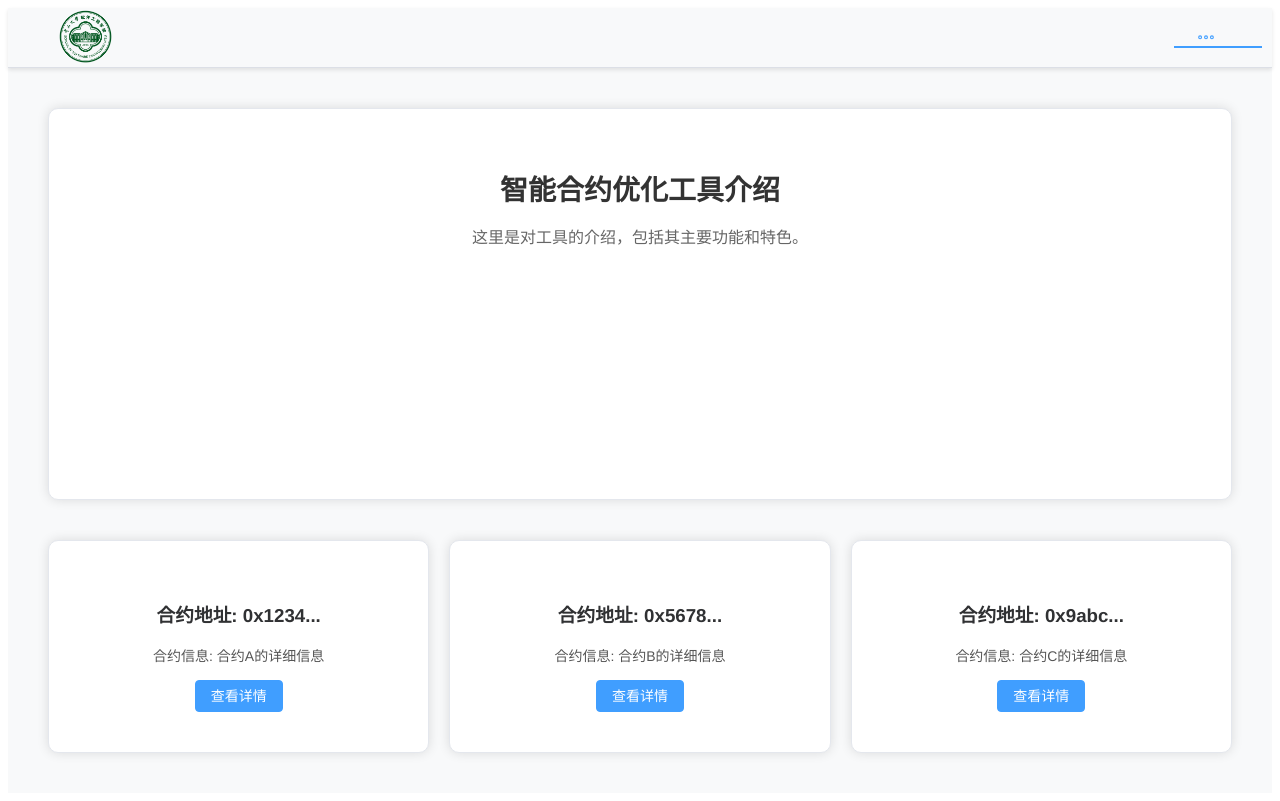
Repository: syckcoding/SmartHalo
Page: /
An editor plug-in stored every save of this project. The page is shown before and after the next save, followed by the edit.
The browser window is 1280 px wide. The pictures show the whole page.
The project was rebuilt for these pictures with package versions that can differ from the ones it lists, and the page was loaded fresh each time. Also part of the build but not shown: vite.config.js, src/views/Detail.vue.

Above is the page before, as saved 2024-10-05 11:19:01.

### src/main.js
import { createApp } from 'vue';
import App from './App.vue';
import router from './router';
import ElementPlus from 'element-plus';
import 'element-plus/dist/index.css';

createApp(App).use(router).use(ElementPlus).mount('#app');

### src/App.vue
<template>
  <div id="app">
    <Navbar />
    <router-view />
  </div>
</template>

<script>
import Navbar from './components/Navbar.vue';

export default {
  components: {
    Navbar,
  },
};
</script>

<style>
/* 样式设置 */
#app {
  font-family: Avenir, Helvetica, Arial, sans-serif;
  text-align: center;
  color: #2c3e50;
}
</style>

### src/router/index.js
import { createRouter, createWebHistory } from 'vue-router';
import Home from '../views/Home.vue';
import Detail from '../views/Detail.vue';

const routes = [
  { path: '/', name: 'Home', component: Home },
  { path: '/detail/:id', name: 'Detail', component: Detail, props: true },
];

const router = createRouter({
  history: createWebHistory(process.env.BASE_URL),
  routes,
});

export default router;

### src/components/Navbar.vue
<!-- <template>
  <el-menu :default-active="activeIndex" class="el-menu-demo" mode="horizontal">
    <el-menu-item index="0" class="logo-item">
      <img src="@/assets/intro-image.png" alt="工具LOGO" class="intro-logo" />
    </el-menu-item>
    <div class="menu-right">
      <el-menu-item index="1" @click="goToHome" class="menu-item">主页</el-menu-item>
      <el-menu-item index="2" @click="goToAddressOptimization" class="menu-item">按地址优化</el-menu-item>
      <el-menu-item index="3" @click="goToFunctionOptimization" class="menu-item">按函数优化</el-menu-item>
    </div>
  </el-menu>
</template>

<script>
export default {
  data() {
    return {
      activeIndex: '1',
    };
  },
  methods: {
    goToHome() {
      this.$router.push({ name: 'Home' });
    },
    goToAddressOptimization() {
      this.$router.push({ name: 'Detail', params: { mode: 'address' } });
    },
    goToFunctionOptimization() {
      this.$router.push({ name: 'Detail', params: { mode: 'function' } });
    },
  },
};
</script>

<style scoped>
.el-menu-demo {
  background-color: #f8f9fa;  /* 浅灰色背景，与主页阴影一致 */
  color: #333;
  padding: 10px;
  display: flex;
  align-items: center;
  box-shadow: 0 2px 4px rgba(0, 0, 0, 0.1);  /* 浅灰色阴影效果 */
  border-bottom: 2px solid #2196f3;  /* 底部蓝色线条区分 */
  justify-content: space-between; /* 主轴两端对齐，使左侧logo与右侧菜单分别靠边 */
}

.logo-item {
  pointer-events: none;
  position: relative;
  left: 20px;
  z-index: 10;  /* 保证logo始终在最外层 */
}

.intro-logo {
  width: 55px;
  height: 55px;
  margin-right: 20px;
}

.menu-item {
  color: #333;
  font-size: 18px;  /* 字体稍微调大一点 */
  font-weight: bold;  /* 字体调粗一点 */
  padding: 0 20px;
  transition: color 0.3s ease;
}

.menu-item:hover {
  color: #2196f3;  /* 悬停时改变字体颜色为蓝色，增强交互性 */
}

.menu-right {
  display: flex;
  gap: 30px;
  margin-left: auto;
}

.menu-right {
  display: flex;  /* 确保子元素在同一行显示 */
}
</style> -->

<template>
  <el-menu :default-active="activeIndex" class="el-menu-demo" mode="horizontal">
    <el-menu-item index="0" class="logo-item">
      <img src="@/assets/intro-image.png" alt="工具LOGO" class="intro-logo" />
    </el-menu-item>
    <div class="menu-right">
      <el-menu-item index="1" @click="goToHome" class="menu-item" :class="{ active: activeIndex === '1' }">主页</el-menu-item>
      <el-menu-item index="2" @click="goToAddressOptimization" class="menu-item" :class="{ active: activeIndex === '2' }">按地址优化</el-menu-item>
      <el-menu-item index="3" @click="goToFunctionOptimization" class="menu-item" :class="{ active: activeIndex === '3' }">按函数优化</el-menu-item>
    </div>
  </el-menu>
</template>

<script>
export default {
  data() {
    return {
      activeIndex: '1',
    };
  },
  methods: {
    goToHome() {
      this.activeIndex = '1';
      this.$router.push({ name: 'Home' });
    },
    goToAddressOptimization() {
      this.activeIndex = '2';
      this.$router.push({ name: 'Detail', params: { mode: 'address' } });
    },
    goToFunctionOptimization() {
      this.activeIndex = '3';
      this.$router.push({ name: 'Detail', params: { mode: 'function' } });
    },
  },
};
</script>

<style scoped>
.el-menu-demo {
  background-color: #f8f9fa;  /* 浅灰色背景，与主页阴影一致 */
  color: #333;
  padding: 10px;
  display: flex;
  align-items: center;
  box-shadow: 0 2px 4px rgba(0, 0, 0, 0.1);  /* 浅灰色阴影效果 */
  border-bottom: 2px solid #2196f3;  /* 底部蓝色线条区分 */
  justify-content: space-between; /* 主轴两端对齐，使左侧logo与右侧菜单分别靠边 */
  flex-wrap: nowrap;  /* 防止菜单项换行 */
  overflow: hidden;  /* 防止在屏幕变小时出现菜单折叠 */
}

.logo-item {
  pointer-events: none;
  position: relative;
  left: 20px;
  z-index: 10;  /* 保证logo始终在最外层 */
}

.intro-logo {
  width: 55px;
  height: 55px;
  margin-right: 20px;
}

.menu-item {
  color: #333;
  font-size: 18px;  /* 字体稍微调大一点 */
  font-weight: bold;  /* 字体调粗一点 */
  padding: 0 20px;
  transition: color 0.3s ease;
  white-space: nowrap;  /* 防止菜单项内容换行 */
}

.menu-item:hover {
  color: #2196f3;  /* 悬停时改变字体颜色为蓝色，增强交互性 */
}

.menu-item.active {
  color: #333;  /* 点击后恢复为默认颜色 */
}

.menu-right {
  display: flex;
  gap: 30px;
  margin-left: auto;
}
</style>

### src/views/Home.vue
<template>
    <div>
      <HomePage />
    </div>
  </template>

  <script>
  import HomePage from '../components/HomePage.vue';

  export default {
    components: {
      HomePage,
    },
  };
  </script>

  <style scoped>
  /* 可根据需要添加样式 */
  </style>

### src/components/HomePage.vue
<template>
  <div class="home">
    <el-row :gutter="20" class="intro-section">
      <el-col :span="24">
        <el-card class="intro-card">
          <h1 class="intro-title">智能合约优化工具介绍</h1>
          <p class="intro-description">这里是对工具的介绍，包括其主要功能和特色。</p>
        </el-card>
      </el-col>
    </el-row>

    <el-row :gutter="20" class="contracts">
      <el-col :span="8" v-for="contract in contracts" :key="contract.id">
        <el-card class="box-card">
          <div class="card-header">
            <h3>合约地址: {{ contract.address }}</h3>
          </div>
          <div class="card-content">
            <p>合约信息: {{ contract.info }}</p>
          </div>
          <div class="card-actions center-button">
            <el-button type="primary" @click="viewDetails(contract.id)">查看详情</el-button>
          </div>
        </el-card>
      </el-col>
    </el-row>
  </div>
</template>

<script>
export default {
  data() {
    return {
      contracts: [
        { id: 1, address: '0x1234...', info: '合约A的详细信息' },
        { id: 2, address: '0x5678...', info: '合约B的详细信息' },
        { id: 3, address: '0x9abc...', info: '合约C的详细信息' },
      ],
    };
  },
  methods: {
    viewDetails(contractId) {
      this.$router.push({ name: 'Detail', params: { id: contractId } });
    },
  },
};
</script>

<style scoped>
.home {
  padding: 40px;
  background-color: #f8f9fa;
}
.intro-section {
  margin-bottom: 40px;
}
.intro-card {
  padding: 20px;
  min-height: 350px;
  background-color: #ffffff;
  border-radius: 10px;
  box-shadow: 0 4px 8px rgba(0, 0, 0, 0.1);
}
.intro-title {
  font-size: 28px;
  font-weight: bold;
  color: #333;
  margin-bottom: 10px;
}
.intro-description {
  font-size: 16px;
  color: #666;
}
.contracts {
  margin-top: 20px;
}
.box-card {
  padding: 20px;
  background-color: #ffffff;
  border-radius: 10px;
  box-shadow: 0 4px 8px rgba(0, 0, 0, 0.1);
  transition: transform 0.3s ease;
}
.box-card:hover {
  transform: translateY(-5px);
}
.card-header {
  margin-bottom: 10px;
}
.card-content {
  font-size: 14px;
  color: #555;
  margin-bottom: 15px;
}
.card-actions {
  text-align: center;
  display: flex;
  justify-content: center;
  align-items: center;
}
.center-button {
  margin-top: 15px;
}
.el-button {
  background-color: #409eff;
  border-color: #409eff;
  color: #ffffff;
}
.el-button:hover {
  background-color: #66b1ff;
  border-color: #66b1ff;
}
</style>

Loaded but not shown: index.html (common file)

After the next save:
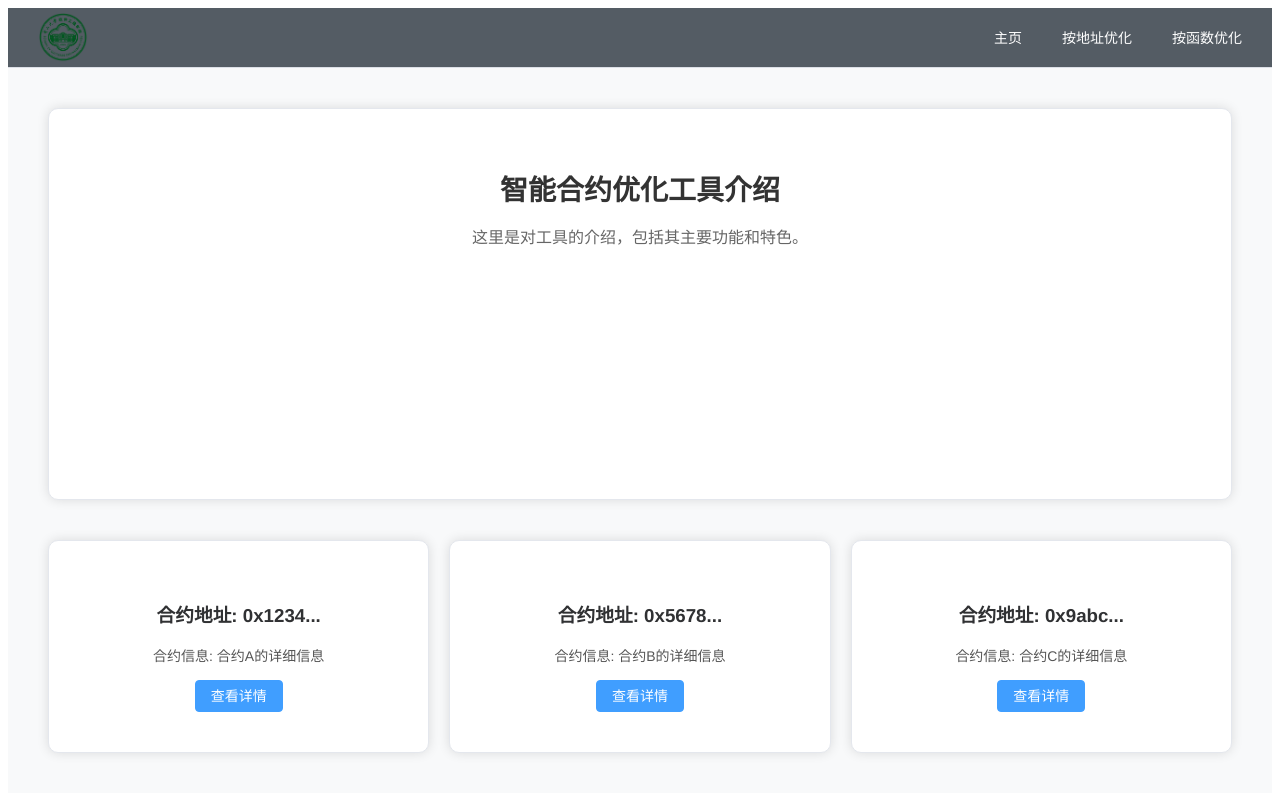
Saved 23 s later.
--- a/src/components/Navbar.vue
+++ b/src/components/Navbar.vue
@@ -1,12 +1,12 @@
-<!-- <template>
+<template>
   <el-menu :default-active="activeIndex" class="el-menu-demo" mode="horizontal">
     <el-menu-item index="0" class="logo-item">
       <img src="@/assets/intro-image.png" alt="工具LOGO" class="intro-logo" />
     </el-menu-item>
     <div class="menu-right">
-      <el-menu-item index="1" @click="goToHome" class="menu-item">主页</el-menu-item>
-      <el-menu-item index="2" @click="goToAddressOptimization" class="menu-item">按地址优化</el-menu-item>
-      <el-menu-item index="3" @click="goToFunctionOptimization" class="menu-item">按函数优化</el-menu-item>
+      <el-menu-item index="1" @click="goToHome">主页</el-menu-item>
+      <el-menu-item index="2" @click="goToAddressOptimization">按地址优化</el-menu-item>
+      <el-menu-item index="3" @click="goToFunctionOptimization">按函数优化</el-menu-item>
     </div>
   </el-menu>
 </template>
@@ -34,136 +34,29 @@
 
 <style scoped>
 .el-menu-demo {
-  background-color: #f8f9fa;  /* 浅灰色背景，与主页阴影一致 */
-  color: #333;
+  background-color: #545c64;
+  color: #fff;
   padding: 10px;
-  display: flex;
+  display: flex;  /* 使用Flex布局 */
   align-items: center;
-  box-shadow: 0 2px 4px rgba(0, 0, 0, 0.1);  /* 浅灰色阴影效果 */
-  border-bottom: 2px solid #2196f3;  /* 底部蓝色线条区分 */
   justify-content: space-between; /* 主轴两端对齐，使左侧logo与右侧菜单分别靠边 */
 }
 
 .logo-item {
   pointer-events: none;
-  position: relative;
-  left: 20px;
-  z-index: 10;  /* 保证logo始终在最外层 */
 }
 
 .intro-logo {
-  width: 55px;
-  height: 55px;
+  width: 50px;
+  height: 50px;
   margin-right: 20px;
 }
 
-.menu-item {
-  color: #333;
-  font-size: 18px;  /* 字体稍微调大一点 */
-  font-weight: bold;  /* 字体调粗一点 */
-  padding: 0 20px;
-  transition: color 0.3s ease;
-}
-
-.menu-item:hover {
-  color: #2196f3;  /* 悬停时改变字体颜色为蓝色，增强交互性 */
-}
-
-.menu-right {
-  display: flex;
-  gap: 30px;
-  margin-left: auto;
+.el-menu-demo .el-menu-item {
+  color: #fff;
 }
 
 .menu-right {
   display: flex;  /* 确保子元素在同一行显示 */
 }
-</style> -->
-
-<template>
-  <el-menu :default-active="activeIndex" class="el-menu-demo" mode="horizontal">
-    <el-menu-item index="0" class="logo-item">
-      <img src="@/assets/intro-image.png" alt="工具LOGO" class="intro-logo" />
-    </el-menu-item>
-    <div class="menu-right">
-      <el-menu-item index="1" @click="goToHome" class="menu-item" :class="{ active: activeIndex === '1' }">主页</el-menu-item>
-      <el-menu-item index="2" @click="goToAddressOptimization" class="menu-item" :class="{ active: activeIndex === '2' }">按地址优化</el-menu-item>
-      <el-menu-item index="3" @click="goToFunctionOptimization" class="menu-item" :class="{ active: activeIndex === '3' }">按函数优化</el-menu-item>
-    </div>
-  </el-menu>
-</template>
-
-<script>
-export default {
-  data() {
-    return {
-      activeIndex: '1',
-    };
-  },
-  methods: {
-    goToHome() {
-      this.activeIndex = '1';
-      this.$router.push({ name: 'Home' });
-    },
-    goToAddressOptimization() {
-      this.activeIndex = '2';
-      this.$router.push({ name: 'Detail', params: { mode: 'address' } });
-    },
-    goToFunctionOptimization() {
-      this.activeIndex = '3';
-      this.$router.push({ name: 'Detail', params: { mode: 'function' } });
-    },
-  },
-};
-</script>
-
-<style scoped>
-.el-menu-demo {
-  background-color: #f8f9fa;  /* 浅灰色背景，与主页阴影一致 */
-  color: #333;
-  padding: 10px;
-  display: flex;
-  align-items: center;
-  box-shadow: 0 2px 4px rgba(0, 0, 0, 0.1);  /* 浅灰色阴影效果 */
-  border-bottom: 2px solid #2196f3;  /* 底部蓝色线条区分 */
-  justify-content: space-between; /* 主轴两端对齐，使左侧logo与右侧菜单分别靠边 */
-  flex-wrap: nowrap;  /* 防止菜单项换行 */
-  overflow: hidden;  /* 防止在屏幕变小时出现菜单折叠 */
-}
-
-.logo-item {
-  pointer-events: none;
-  position: relative;
-  left: 20px;
-  z-index: 10;  /* 保证logo始终在最外层 */
-}
-
-.intro-logo {
-  width: 55px;
-  height: 55px;
-  margin-right: 20px;
-}
-
-.menu-item {
-  color: #333;
-  font-size: 18px;  /* 字体稍微调大一点 */
-  font-weight: bold;  /* 字体调粗一点 */
-  padding: 0 20px;
-  transition: color 0.3s ease;
-  white-space: nowrap;  /* 防止菜单项内容换行 */
-}
-
-.menu-item:hover {
-  color: #2196f3;  /* 悬停时改变字体颜色为蓝色，增强交互性 */
-}
-
-.menu-item.active {
-  color: #333;  /* 点击后恢复为默认颜色 */
-}
-
-.menu-right {
-  display: flex;
-  gap: 30px;
-  margin-left: auto;
-}
 </style>

After the save that followed:
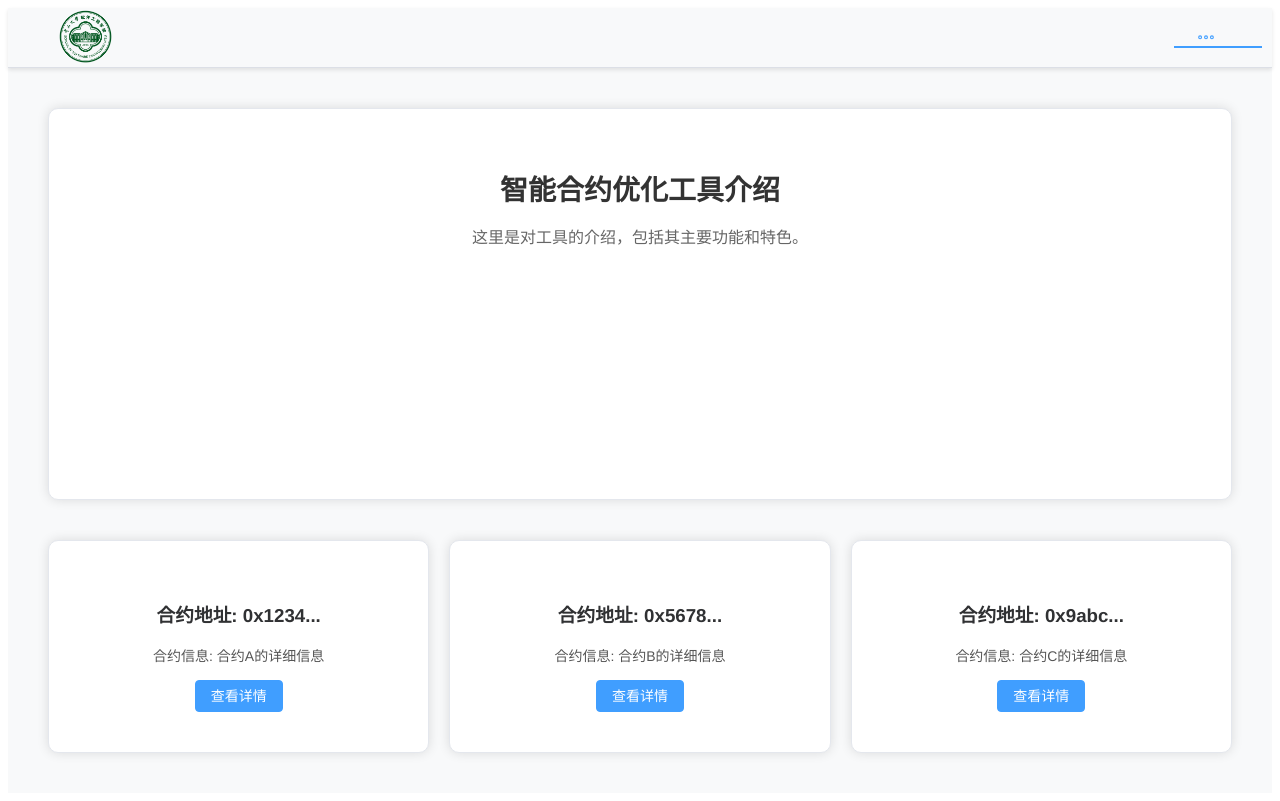
Saved 21 s later.
--- a/src/components/Navbar.vue
+++ b/src/components/Navbar.vue
@@ -1,12 +1,12 @@
-<template>
+<!-- <template>
   <el-menu :default-active="activeIndex" class="el-menu-demo" mode="horizontal">
     <el-menu-item index="0" class="logo-item">
       <img src="@/assets/intro-image.png" alt="工具LOGO" class="intro-logo" />
     </el-menu-item>
     <div class="menu-right">
-      <el-menu-item index="1" @click="goToHome">主页</el-menu-item>
-      <el-menu-item index="2" @click="goToAddressOptimization">按地址优化</el-menu-item>
-      <el-menu-item index="3" @click="goToFunctionOptimization">按函数优化</el-menu-item>
+      <el-menu-item index="1" @click="goToHome" class="menu-item">主页</el-menu-item>
+      <el-menu-item index="2" @click="goToAddressOptimization" class="menu-item">按地址优化</el-menu-item>
+      <el-menu-item index="3" @click="goToFunctionOptimization" class="menu-item">按函数优化</el-menu-item>
     </div>
   </el-menu>
 </template>
@@ -34,29 +34,136 @@
 
 <style scoped>
 .el-menu-demo {
-  background-color: #545c64;
-  color: #fff;
+  background-color: #f8f9fa;  /* 浅灰色背景，与主页阴影一致 */
+  color: #333;
   padding: 10px;
-  display: flex;  /* 使用Flex布局 */
+  display: flex;
   align-items: center;
+  box-shadow: 0 2px 4px rgba(0, 0, 0, 0.1);  /* 浅灰色阴影效果 */
+  border-bottom: 2px solid #2196f3;  /* 底部蓝色线条区分 */
   justify-content: space-between; /* 主轴两端对齐，使左侧logo与右侧菜单分别靠边 */
 }
 
 .logo-item {
   pointer-events: none;
+  position: relative;
+  left: 20px;
+  z-index: 10;  /* 保证logo始终在最外层 */
 }
 
 .intro-logo {
-  width: 50px;
-  height: 50px;
+  width: 55px;
+  height: 55px;
   margin-right: 20px;
 }
 
-.el-menu-demo .el-menu-item {
-  color: #fff;
+.menu-item {
+  color: #333;
+  font-size: 18px;  /* 字体稍微调大一点 */
+  font-weight: bold;  /* 字体调粗一点 */
+  padding: 0 20px;
+  transition: color 0.3s ease;
+}
+
+.menu-item:hover {
+  color: #2196f3;  /* 悬停时改变字体颜色为蓝色，增强交互性 */
+}
+
+.menu-right {
+  display: flex;
+  gap: 30px;
+  margin-left: auto;
 }
 
 .menu-right {
   display: flex;  /* 确保子元素在同一行显示 */
 }
+</style> -->
+
+<template>
+  <el-menu :default-active="activeIndex" class="el-menu-demo" mode="horizontal">
+    <el-menu-item index="0" class="logo-item">
+      <img src="@/assets/intro-image.png" alt="工具LOGO" class="intro-logo" />
+    </el-menu-item>
+    <div class="menu-right">
+      <el-menu-item index="1" @click="goToHome" class="menu-item" :class="{ active: activeIndex === '1' }">主页</el-menu-item>
+      <el-menu-item index="2" @click="goToAddressOptimization" class="menu-item" :class="{ active: activeIndex === '2' }">按地址优化</el-menu-item>
+      <el-menu-item index="3" @click="goToFunctionOptimization" class="menu-item" :class="{ active: activeIndex === '3' }">按函数优化</el-menu-item>
+    </div>
+  </el-menu>
+</template>
+
+<script>
+export default {
+  data() {
+    return {
+      activeIndex: '1',
+    };
+  },
+  methods: {
+    goToHome() {
+      this.activeIndex = '1';
+      this.$router.push({ name: 'Home' });
+    },
+    goToAddressOptimization() {
+      this.activeIndex = '2';
+      this.$router.push({ name: 'Detail', params: { mode: 'address' } });
+    },
+    goToFunctionOptimization() {
+      this.activeIndex = '3';
+      this.$router.push({ name: 'Detail', params: { mode: 'function' } });
+    },
+  },
+};
+</script>
+
+<style scoped>
+.el-menu-demo {
+  background-color: #f8f9fa;  /* 浅灰色背景，与主页阴影一致 */
+  color: #333;
+  padding: 10px;
+  display: flex;
+  align-items: center;
+  box-shadow: 0 2px 4px rgba(0, 0, 0, 0.1);  /* 浅灰色阴影效果 */
+  border-bottom: 2px solid #2196f3;  /* 底部蓝色线条区分 */
+  justify-content: space-between; /* 主轴两端对齐，使左侧logo与右侧菜单分别靠边 */
+  flex-wrap: nowrap;  /* 防止菜单项换行 */
+  overflow: hidden;  /* 防止在屏幕变小时出现菜单折叠 */
+}
+
+.logo-item {
+  pointer-events: none;
+  position: relative;
+  left: 20px;
+  z-index: 10;  /* 保证logo始终在最外层 */
+}
+
+.intro-logo {
+  width: 55px;
+  height: 55px;
+  margin-right: 20px;
+}
+
+.menu-item {
+  color: #333;
+  font-size: 18px;  /* 字体稍微调大一点 */
+  font-weight: bold;  /* 字体调粗一点 */
+  padding: 0 20px;
+  transition: color 0.3s ease;
+  white-space: nowrap;  /* 防止菜单项内容换行 */
+}
+
+.menu-item:hover {
+  color: #2196f3;  /* 悬停时改变字体颜色为蓝色，增强交互性 */
+}
+
+.menu-item.active {
+  color: #333;  /* 点击后恢复为默认颜色 */
+}
+
+.menu-right {
+  display: flex;
+  gap: 30px;
+  margin-left: auto;
+}
 </style>
